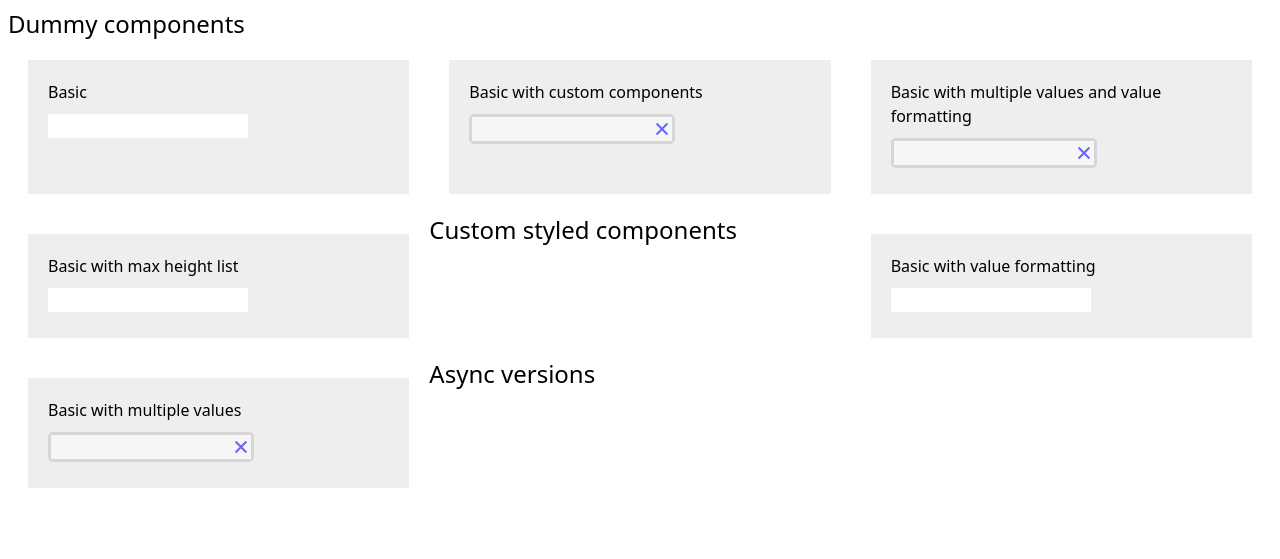
Repository: Frexity/frx-react
Page: / (app in ui/react-select/)
The author's editor kept a copy of each file at every save. The page is drawn from the files as they stood at one save, then again after the next save.
The browser window is 1280 px wide. The pictures show the whole page.
Some web libraries are served in a nearby version. The project was rebuilt for these pictures with package versions that can differ from the ones it lists, and the page was loaded fresh each time. Also part of the build but not shown: ui/react-select/vite.config.ts, ui/react-select/src/CustomSelectComponents/ListLoadingIndicator.tsx, ui/react-select/src/dummy-components/ControlLoadingIndicator.tsx, ui/react-select/src/dummy-components/ListLoadingIndicator.tsx.

Above is the page before, as saved 2022-08-21 01:30:10.

After the next save:
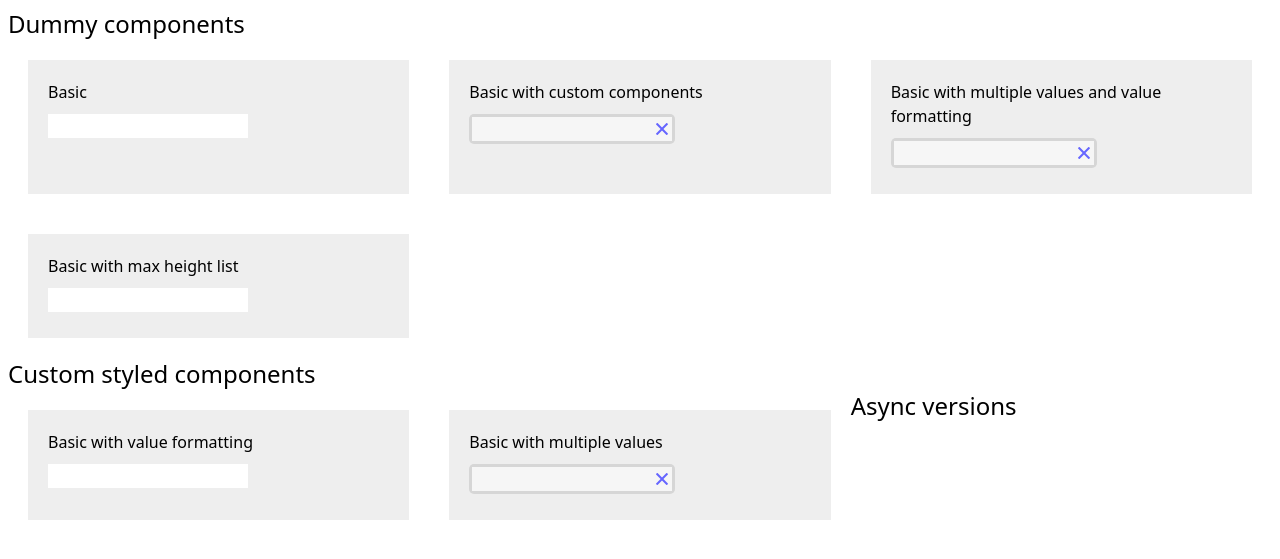
Saved 12 s later.
--- a/ui/react-select/src/App.tsx
+++ b/ui/react-select/src/App.tsx
@@ -68,7 +68,10 @@ export default function App() {
             }}
           />
         </div>
-        <h2 className="text-2xl">Custom styled components</h2>
+      </div>
+
+      <h2 className="text-2xl">Custom styled components</h2>
+      <div className="cards">
         <div className="card">
           <h3>Basic with value formatting</h3>
           <Select
